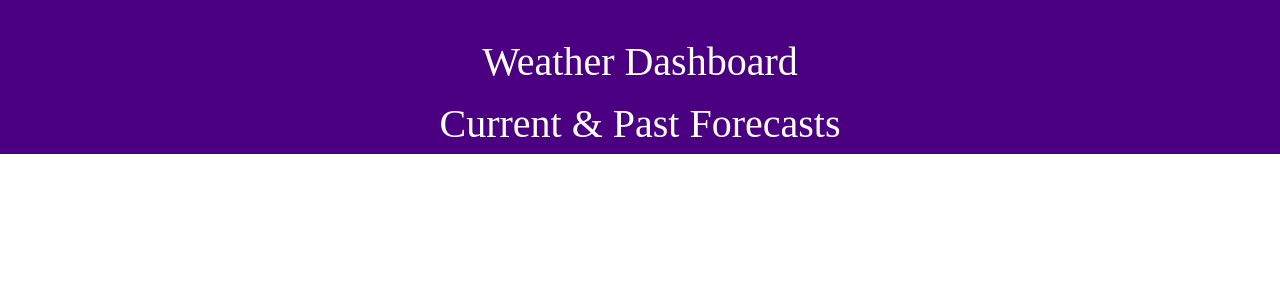
Repository: Llenrocc/Weather_API
Page: index.html
These files come from the project's save history. The page is drawn as it stood at one moment and after the next save; the edit follows.
The browser window is 1280 px wide. The pictures show the whole page.
Some web fonts or font styles are not loaded; a fallback is used.

Above is the page before, as saved 2020-07-17 21:58:11.

After the next save:
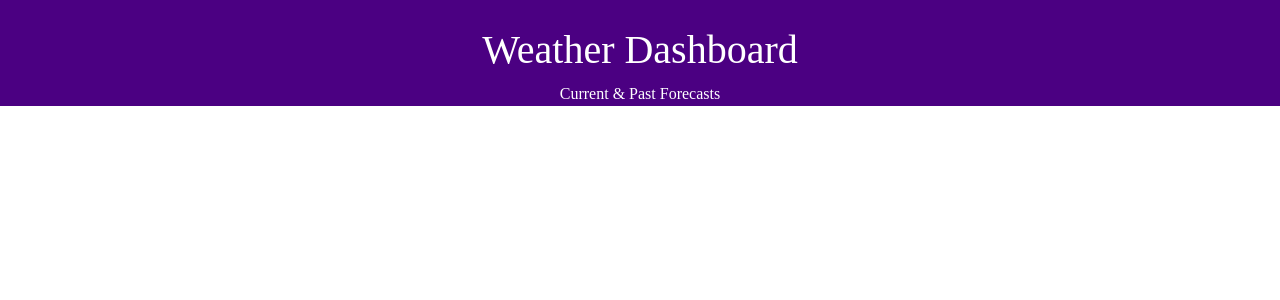
Saved 15 s later.
--- a/style.css
+++ b/style.css
@@ -1,8 +1,7 @@
 .header {
-    padding-top: 3%;
+    padding-top: 2%;
     text-align: center;
     background-color: #4B0082;
     color: white;
     font-family: 'Just Another Hand', cursive;
-    font-size: 40px;
 }
